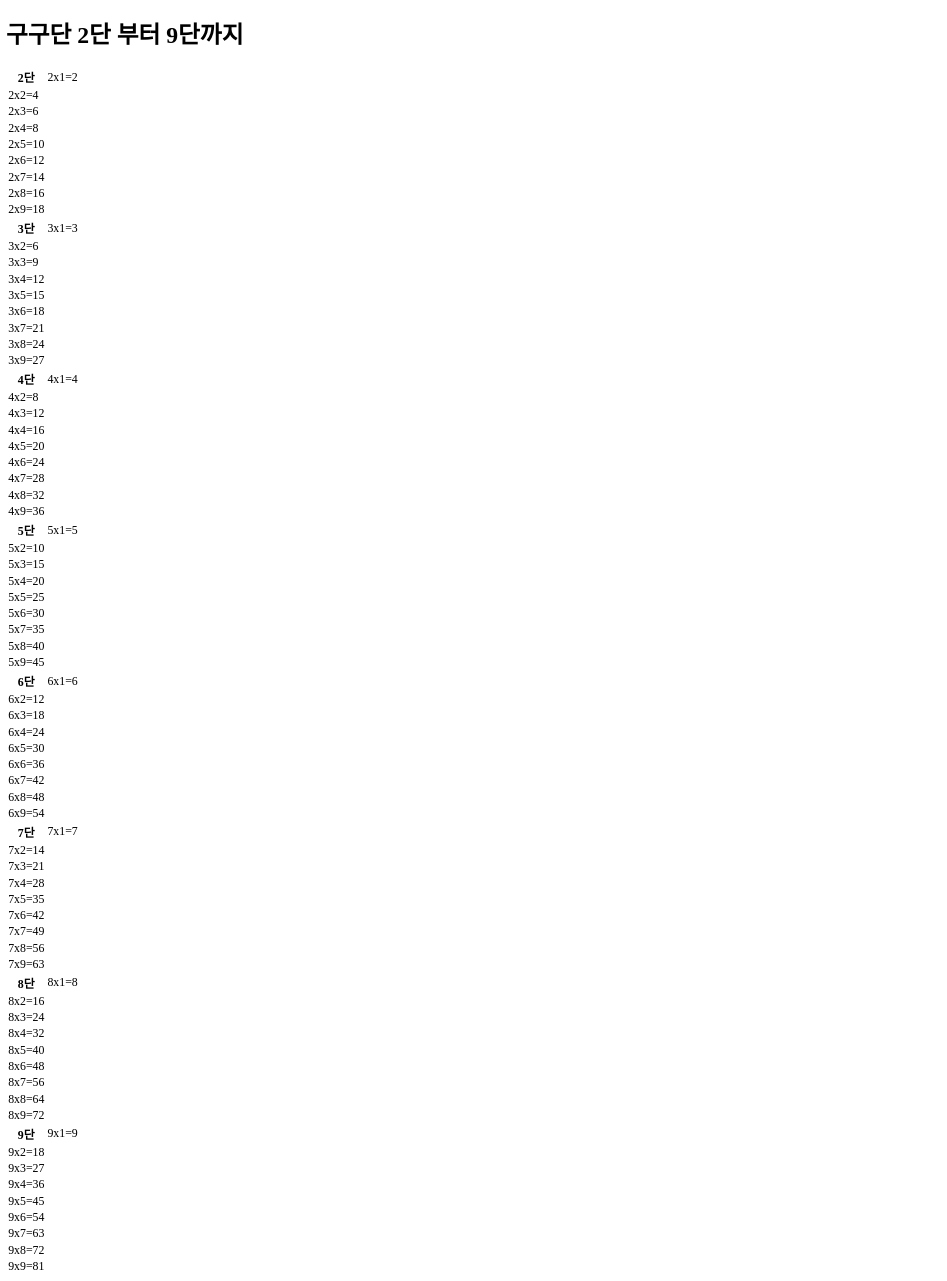
Repository: hyeongu135-ui/Jsp2026
Page: http://localhost/chapter01/test02.jsp
An editor plug-in stored every save of this project. The page is shown before and after the next save, followed by the edit.
The browser window is 1280 px wide. The pictures show the whole page, at 74% of full size.
The page is served by Tomcat 9.

Above is the page before, as saved 2026-10-16 04:08:26.

### chapter01/src/main/webapp/test02.jsp
<%@ page language="java" contentType="text/html; charset=UTF-8"
	pageEncoding="UTF-8" import="java.util.*"%>
<!DOCTYPE html>
<html>
<head>
<meta charset="UTF-8">
<title>Insert title here</title>
</head>
<body>
	<h1>구구단 2단 부터 9단까지</h1>
	<table>
		<%
		for (int i = 2; i < 10; i++) {%>
			<tr><th>
			<%out.print(i + "단");%>
			</th>
			<% for (int j = 1; j < 10; j++) {
				int sum = (i * j);

		%>
		<td><%= i + "x" + j + "=" + sum %></td></tr>
		<%
		}
		%>
		<%
		}
		%>
	</table>
</body>
</html>

After the next save:
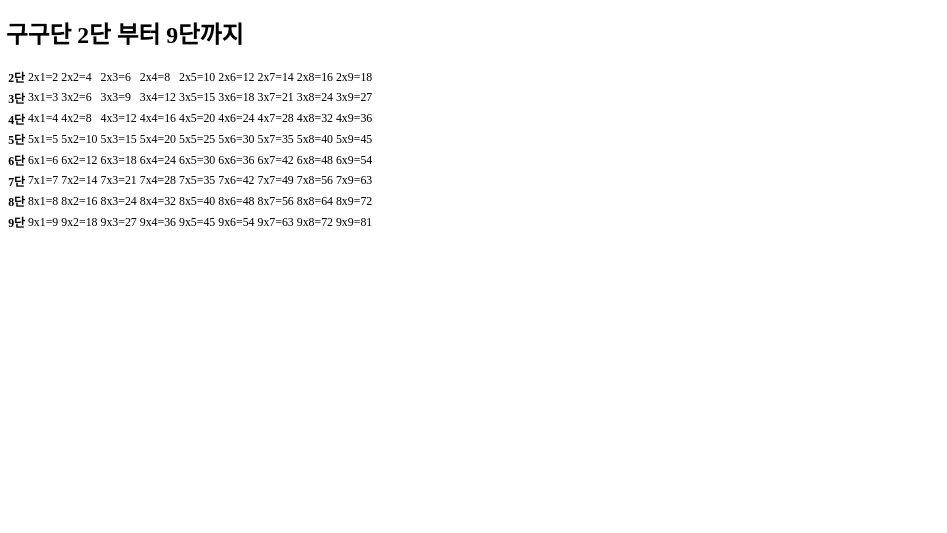
Saved 50 s later.
--- a/chapter01/src/main/webapp/test02.jsp
+++ b/chapter01/src/main/webapp/test02.jsp
@@ -10,18 +10,23 @@
 	<h1>구구단 2단 부터 9단까지</h1>
 	<table>
 		<%
-		for (int i = 2; i < 10; i++) {%>
-			<tr><th>
-			<%out.print(i + "단");%>
+		for (int i = 2; i < 10; i++) {
+		%>
+		<tr>
+			<th>
+				<%
+				out.print(i + "단");
+				%>
 			</th>
-			<% for (int j = 1; j < 10; j++) {
+			<%
+			for (int j = 1; j < 10; j++) {
 				int sum = (i * j);
+			%>
+			<td><%=i + "x" + j + "=" + sum%></td>
 
-		%>
-		<td><%= i + "x" + j + "=" + sum %></td></tr>
 		<%
 		}
-		%>
+		%></tr>
 		<%
 		}
 		%>
